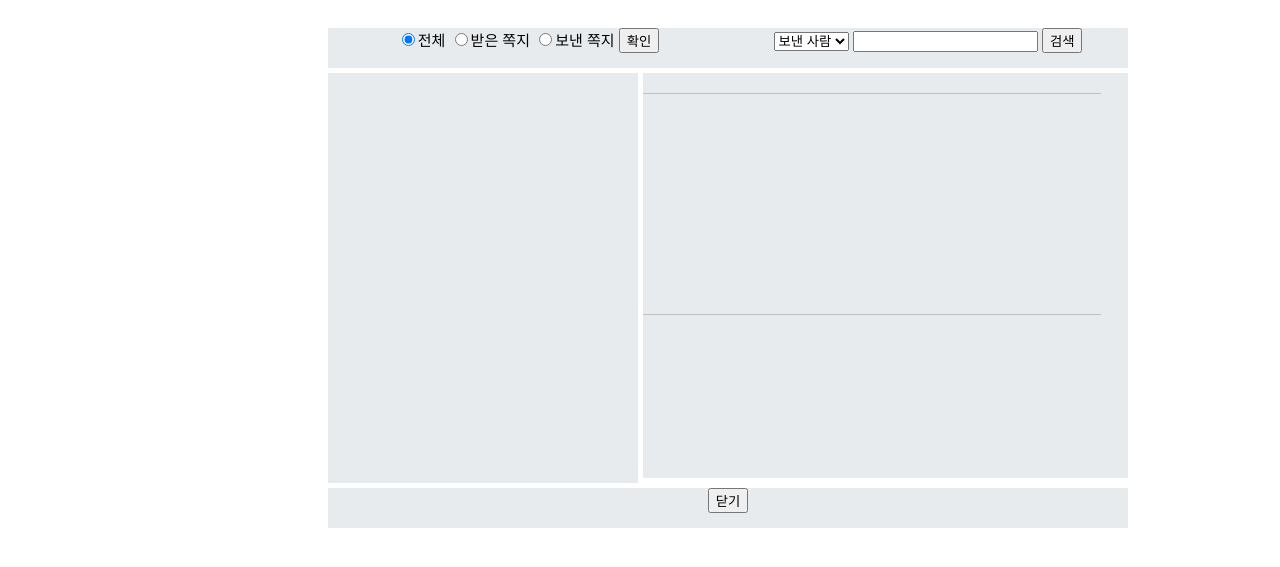
Repository: heebedev/TheJoeun_JSP
Page: http://localhost/TeamProject_05/messageFinal.jsp
These files come from the project's save history. The page is drawn as it stood at one moment and after the next save; the edit follows.
The browser window is 1280 px wide. The pictures show the whole page.
The page is served by Tomcat 9. Other server files are loaded and not shown.

Above is the page before, as saved 2020-06-17 03:41:00.

### TeamProject_05/WebContent/messageFinal.jsp
<%@ page language="java" contentType="text/html; charset=UTF-8"
    pageEncoding="UTF-8"%>
<%@ taglib prefix="c" uri="http://java.sun.com/jsp/jstl/core" %>
<!DOCTYPE html>
<html>
<head>
<meta charset="UTF-8">
<title>쪽지 보관함</title>
	<script type="text/JavaScript">

         function msgDetail(textseq, nickname_send, nickname_receive, message, insertdate) {
               	var seq = textseq;
               	var send = nickname_send;
               	var receive = nickname_receive;
               	var msg = message;
               	var date = insertdate;

               	document.getElementById("send").innerHTML = '보낸사람 : ' + send;
               	document.getElementById("receive").innerHTML = '받는사람 : ' + receive;
               	document.getElementById("message").innerHTML = msg;
               	document.getElementById("date").innerHTML = date;

        	}
    </script>

	<style>
	.item1 { grid-area: header1; height: 40px; margin: 0 300px 0 300px; width: 800px;}
	.item2 { grid-area: menu; height: 400px; margin: 0 0 0 300px; width: 300px;}
	.item3 { grid-area: main; height: 405px; margin: 0 530px 0 0; width: 485px;}
	.item4 { grid-area: footer; height: 40px; margin: 0 300px 0 300px; width: 800px;}
	.tablenick_send { grid-area: nicksend;}
	.tablenick_receive { grid-area: nickreceive;}
	.tabledate { grid-area: date;}
	.tablemessage { grid-area: message;}
	.detail_send { grid-area: detailsend; width:458px; font-weight: bold; text-align: left; padding-top:20px; padding-left:20px;}
	.detail_receive { grid-area: detailreceive; width:458px; font-weight: bold; text-align: left; padding-left:20px;}
	.detaildate { grid-area: detaildate; padding-top: 20px; width:458px; }
	.detailmessage { grid-area: detailmessage; vertical-align: bottom; padding-top:20px; width:458px; border-bottom: 1px solid silver; border-top: 1px solid silver; height:200px;}


	.grid-container {
	  display: grid;
	  grid-template-areas:
	    'header1 header1 header1'
	    'menu main main'
	    'footer footer footer';
	  grid-gap: 5px;
	  padding: 20px;
	  font-family: sans-serif;
	}

	.item2 {
	  display: grid;
	  grid-template-areas:
	    'nicksend nickreceive'
	    'message'
	    'date';
	  padding: 5px;
	  font-family: sans-serif;
	  overflow: scroll;
	}

	.grid-container > div {
	  background-color: rgba(231, 235, 238, 100);
	  text-align: center;
	  font-size: 15px;
	}

	form {
		display: inline;
		vertical-align: middle;
	}

	.tablemessage {
    overflow: hidden;
    text-overflow: ellipsis;
    white-space: nowrap;
    width: 280px;
	}

	.tablenick_send {
	 float:left;
     font-weight: bold;
	}
	.tablenick_receive {
	 float:right;
     font-weight: bold;
	}

	.tabledate {
    float: right;
	}

	.messageTable {
    width: 280px;
    border-top:1px solid silver;
    border-bottom:1px solid silver;
    margin-bottom:5px;

	}
	.messageTable:active {
    background-color: silver;

	}
	</style>
</head>
<body>
		<div class="grid-container">
		  <div class="item1">
		  	<div style="float: left; width: 50%;">
			  	<form action="message.bill" method="post" align="left">
					<input type="radio" name="selection" value="total" checked="checked">전체
					<input type="radio" name="selection" value="receive">받은 쪽지
					<input type="radio" name="selection" value="send">보낸 쪽지
					<input type="submit" value="확인">
			  	</form>
		  	</div>
		  	<div style="float: right; width: 50%;">
		  		<form action="message.bill" method="post" align="right">
				<select name="search">
					<option value="nick_send">보낸 사람</option>
					<option value="nick_receive">받는 사람</option>
					<option value="message">내용</option>
				</select>
					<input type="text" width="100" name="searchText">
					<input type="submit" value="검색">
		  		</form>
		  	</div>
		  </div>
		  <div class="item2">
				<c:forEach items="${messageList }" var="message">
					<div class="messageTable" onClick = "msgDetail(${message.textseq},'${message.nickname_send}', '${message.nickname_receive}', '${message.message}', '${message.date}')">
						<div class="tablenick_send" text-align="left">보낸 사람 : ${message.nickname_send}</div>
						<div class="tablenick_receive" text-align="right">받는 사람 : ${message.nickname_receive}</div>
						<div class="tablemessage">${message.message}</div>
						<div class="tabledate" text-align="right">${message.date}</div>
					</div>
				</c:forEach>
			</div>
		  <div class="item3">
			<div class="detailTable">
				<div id="send" class="detail_send" text-align="left"></div>
				<div id="receive" class="detail_receive" text-align="right"></div>
				<div id="message" class="detailmessage"></div>
				<div id="date" class="detaildate" text-align="right"></div>
			</div>
		  </div>
		  <div class="item4"><input type="button" value="닫기" onClick="window.close()"></div>
		</div>



</body>
</html>

After the next save:
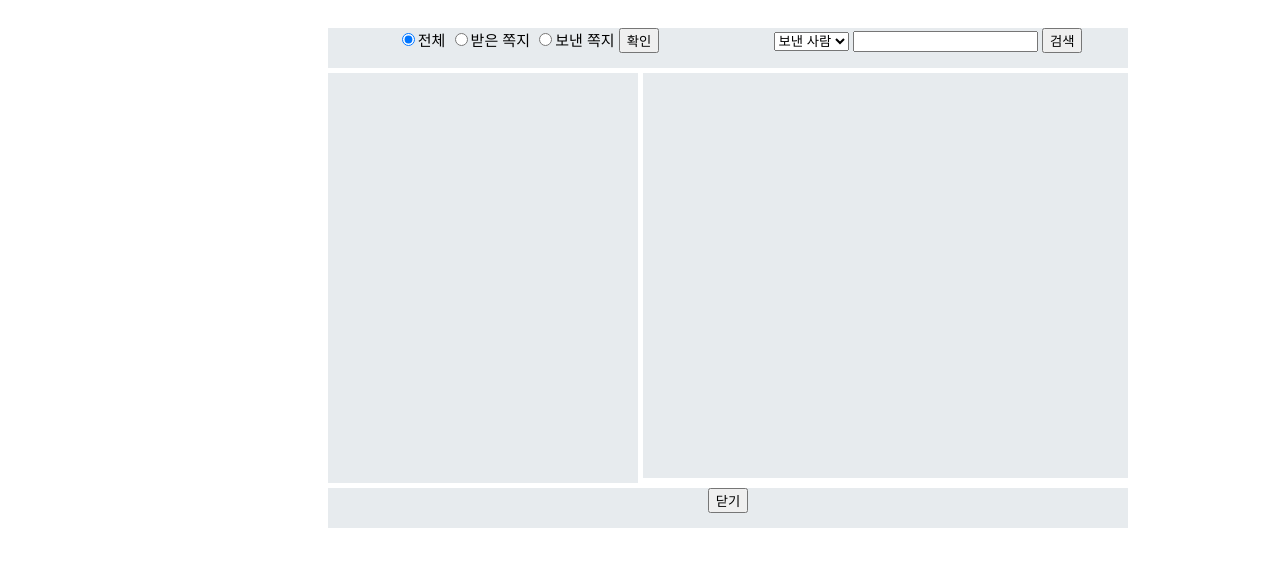
Saved 23 s later.
--- a/TeamProject_05/WebContent/messageFinal.jsp
+++ b/TeamProject_05/WebContent/messageFinal.jsp
@@ -35,7 +35,7 @@
 	.detail_send { grid-area: detailsend; width:458px; font-weight: bold; text-align: left; padding-top:20px; padding-left:20px;}
 	.detail_receive { grid-area: detailreceive; width:458px; font-weight: bold; text-align: left; padding-left:20px;}
 	.detaildate { grid-area: detaildate; padding-top: 20px; width:458px; }
-	.detailmessage { grid-area: detailmessage; vertical-align: bottom; padding-top:20px; width:458px; border-bottom: 1px solid silver; border-top: 1px solid silver; height:200px;}
+	.detailmessage { grid-area: detailmessage; vertical-align: bottom; padding-top:20px; width:458px; height:200px;}
 
 
 	.grid-container {
